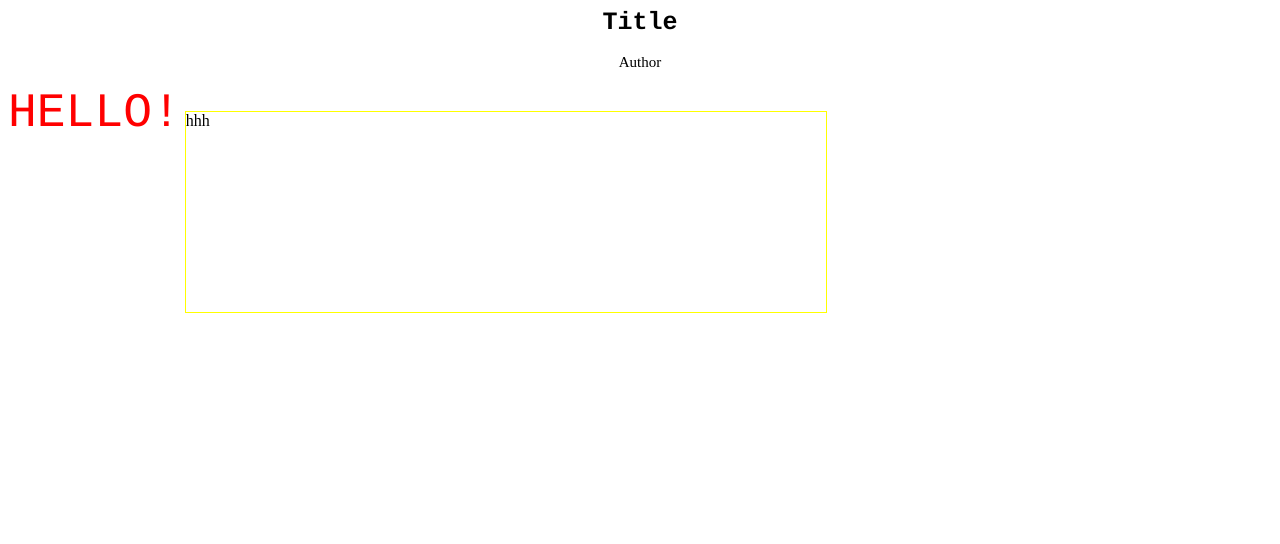
Repository: richilcheng/product_school
Page: PS_lesson.html
The author's editor kept a record of every edit. The page is drawn from the files as they stood at one moment, then again after the next edit.
The browser window is 1280 px wide. The pictures show the whole page.

Above is the page before.

After the next edit:
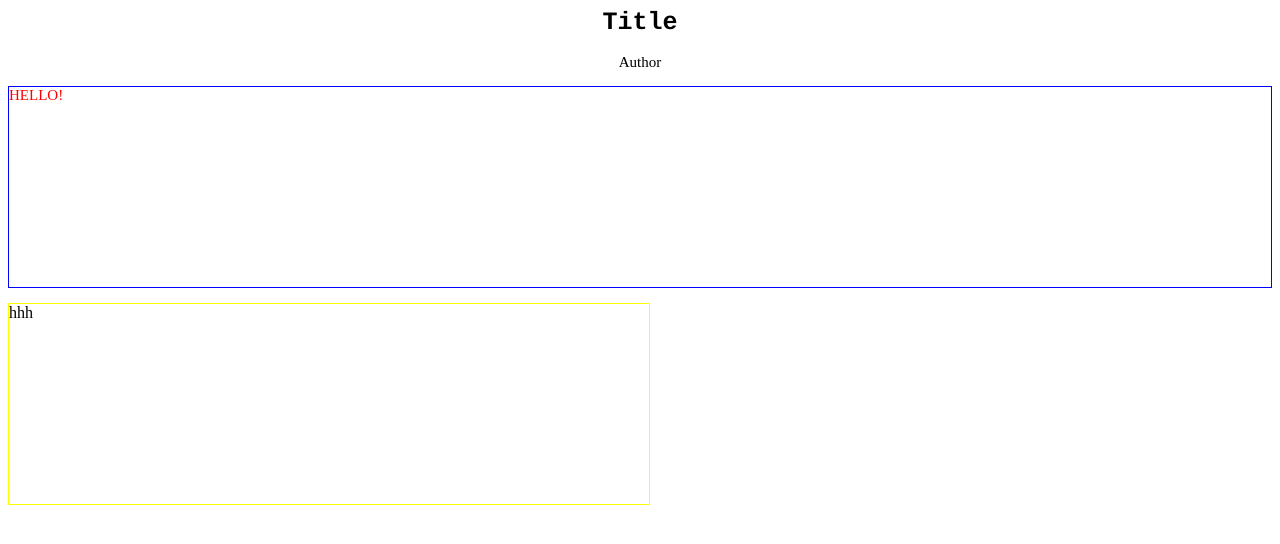
The edit:
--- a/PS_lesson.html
+++ b/PS_lesson.html
@@ -29,7 +29,7 @@
 		<div>
 			<h1 style="font-family: Courier; font-size: 25px;text-align: center;">Title</h1>
 			<p class="byline">Author</p>
-			<font size="25"font face="Courier" color="red">HELLO!</font>
+			<p class= "article">HELLO!</p>
 
 		<span class="footer">hhh</span>
 
